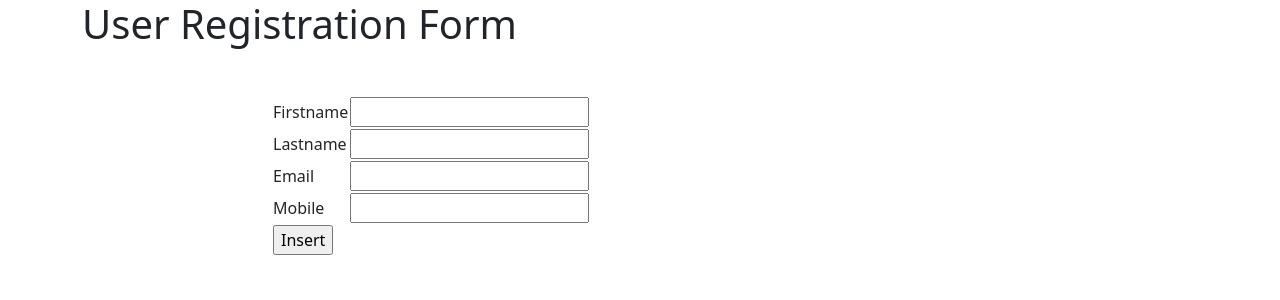
Repository: 2001Yogi/JavaWebAssignment
Page: http://localhost/MessageMVCCrud/verify.jsp
An editor plug-in stored every save of this project. The page is shown before and after the next save, followed by the edit.
The browser window is 1280 px wide. The pictures show the whole page.
The page is served by Tomcat 9.

Above is the page before, as saved 2024-09-20 06:48:34.

After the next save:
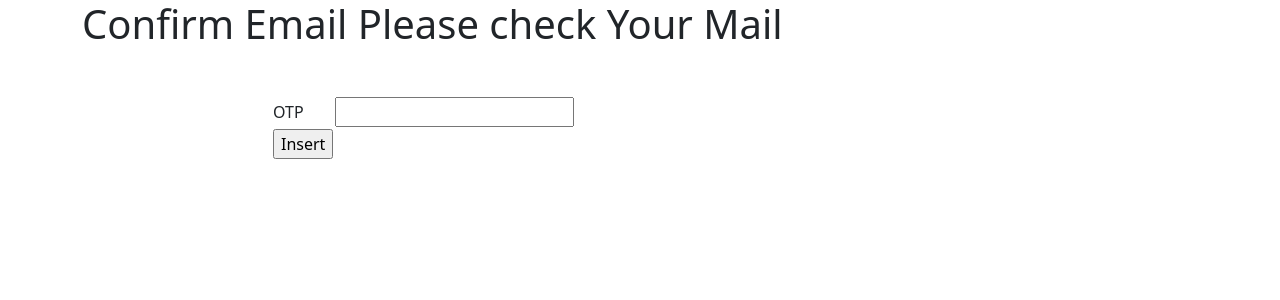
Saved 72 s later.
--- a/MessageMVCCrud/src/main/webapp/verify.jsp
+++ b/MessageMVCCrud/src/main/webapp/verify.jsp
@@ -27,31 +27,14 @@
 <body>
 	<form action="UserController" method="post" name="form">
 		<div class="container" >
-		<h1>User Registration Form</h1>
+		<h1>Confirm Email Please check Your Mail</h1>
 			<div class="row mt-5">
 				<div class="col-2"></div>
 				<div class="col-6">
 				<table>
 					<tr class="mb-3">
-						<td>Firstname</td>
-						<td><input type = "text" name ="fname" onblur="check_fname();"></td>
-						<td><span id="errorfname" style="color:red;"></span></td>
-					</tr>
-					<tr class="mb-3">
-						<td>Lastname</td>
-						<td><input type = "text" name ="lname" onblur="check_lname();"></td>
-						<td><span id="errorlname" style="color:red;"></span></td>
-					</tr>
-					<tr class="mb-3">
-						<td>Email</td>
-						<td><input type = "text" name ="email" onblur="searchInfo()" onblur="check_email();"></td>
-						<td><span id="tops" style="color:red;"></span> </td>
-						<td><span id="erroremail" style="color:red;"></span></td>
-					</tr>
-					<tr class="mb-3">
-						<td>Mobile </td>
-						<td><input type = "text" name ="mobile"></td>
-						 <td><span id="errormobile" style="color:red;"></span></td>
+						<td>OTP</td>
+						<td><input type = "text" name ="otp"></td>
 					</tr>
 					<tr class="mb-3">
 						<td><input type = "Submit" name ="action" value ="Insert"></td>
